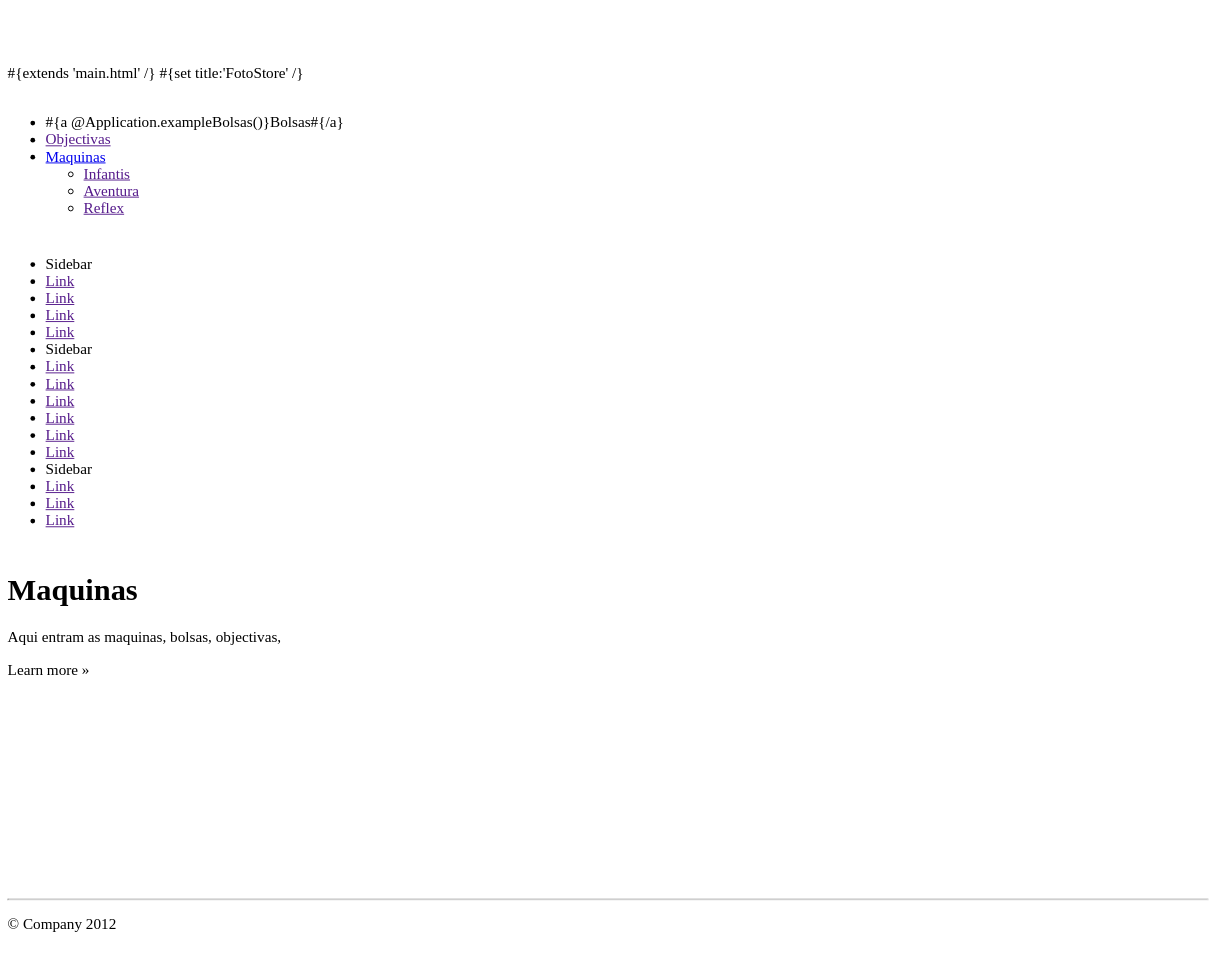
Repository: joaoA/webStore
Page: fotoStore/app/views/Application/example.html
These files come from the project's save history. The page is drawn as it stood at one moment and after the next save; the edit follows.
The browser window is 1280 px wide. The pictures show the whole page, at 95% of full size.

Above is the page before, as saved 2012-12-17 15:36:39.

After the next save:
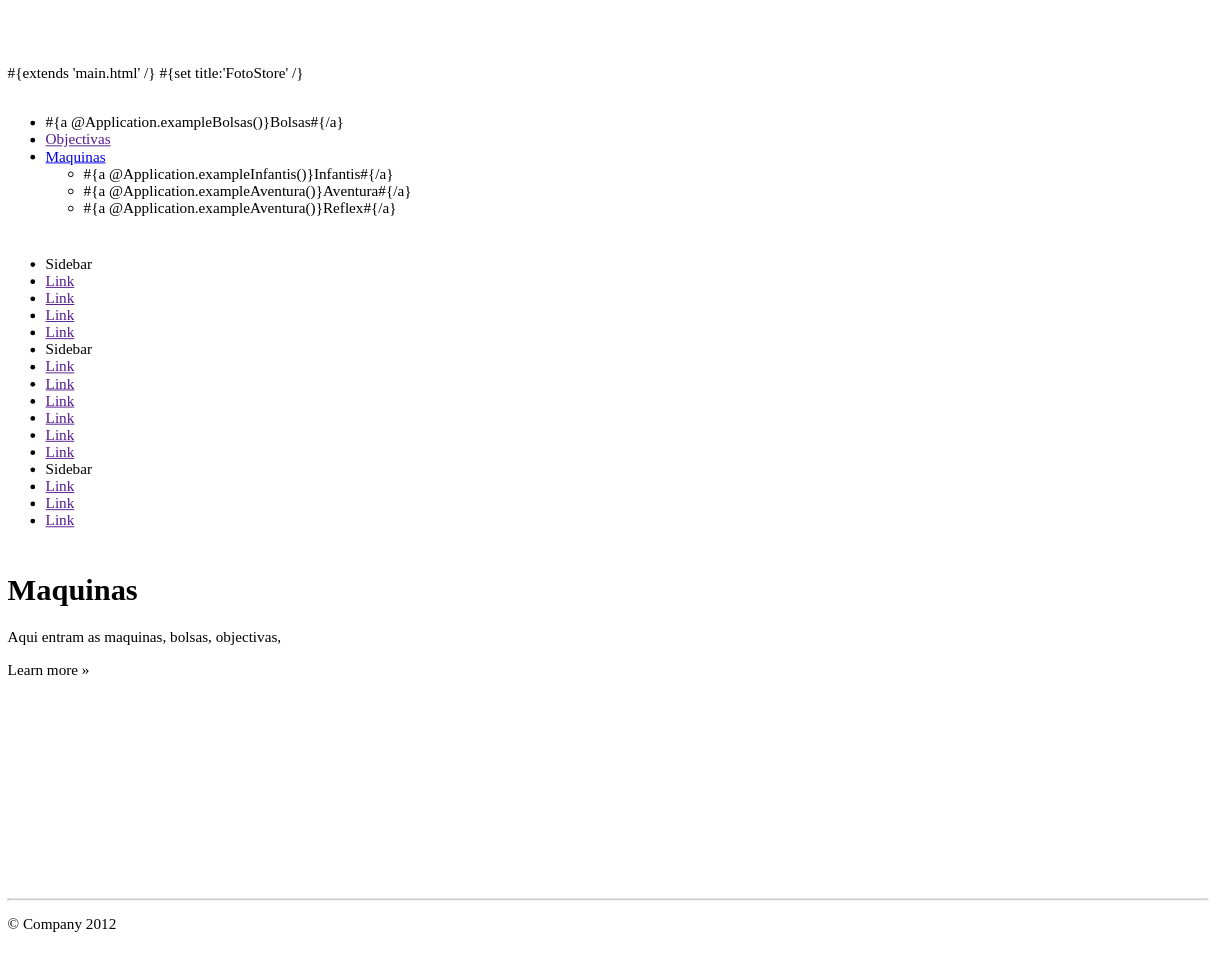
Saved 5 min 4 s later.
--- a/fotoStore/app/views/Application/example.html
+++ b/fotoStore/app/views/Application/example.html
@@ -28,9 +28,9 @@
                <li class="dropdown">
                 <a href="#" class="dropdown-toggle" data-toggle="dropdown">Maquinas<b class="caret"></b></a>
                 <ul class="dropdown-menu">
-                  <li><a href="">Infantis</a></li>
-                  <li><a href="">Aventura</a></li>
-                  <li><a href="">Reflex</a></li>
+                  <li>#{a @Application.exampleInfantis()}Infantis#{/a}</li>
+                  <li>#{a @Application.exampleAventura()}Aventura#{/a}</li>
+                  <li>#{a @Application.exampleAventura()}Reflex#{/a}</li>
 
                 </ul>
               </li>
